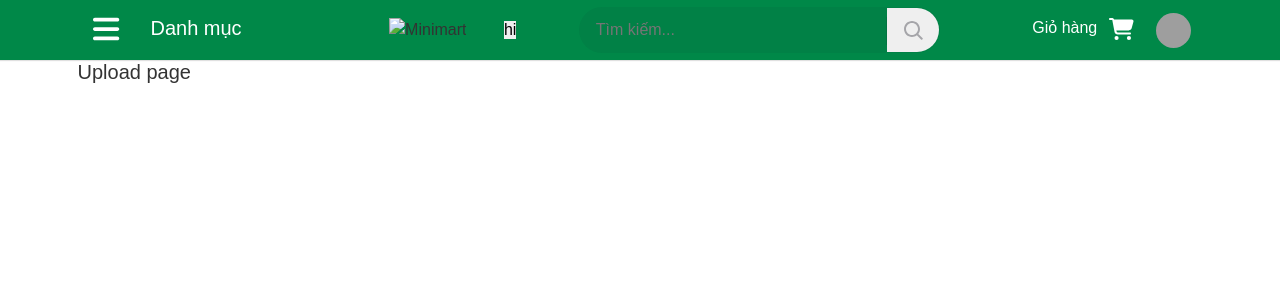
Repository: Duytan05/tiktok-ui
Page: /upload
An editor plug-in stored every save of this project. The page is shown before and after the next save, followed by the edit.
The browser window is 1280 px wide. The pictures show the whole page.
Pictures or frames that could not be fetched are drawn as grey boxes. Some web fonts or font styles are not loaded; a fallback is used. The project was rebuilt for these pictures with package versions that can differ from the ones it lists, and the page was loaded fresh each time. Also part of the build but not shown: src/component/Button/Button.module.scss, src/component/Popper/Popper.module.scss, src/component/Popper/Menu/Menu.module.scss, src/component/Popper/Menu/Header.js, src/component/AccountItem/AccountItem.module.scss, src/component/AccountItem/index.js, src/component/Layout/components/Cart/CartItem.js, src/component/Layout/components/Container/Container.module.scss and 16 more.

Above is the page before, as saved 2023-05-23 14:19:06.

### public/index.html
<!DOCTYPE html>

<html lang="en">
    <head>
        <link rel="stylesheet" href="https://cdn.jsdelivr.net/npm/bootstrap@5.3.0-alpha1/dist/css/bootstrap.min.css" />
        <meta charset="utf-8" />
        <link rel="icon" href="%PUBLIC_URL%/favicon.ico" />
        <meta name="viewport" content="width=device-width, initial-scale=1" />
        <meta name="theme-color" content="#000000" />
        <meta name="description" content="Web site created using create-react-app" />
        <link rel="apple-touch-icon" href="%PUBLIC_URL%/logo192.png" />

        <!--
      manifest.json provides metadata used when your web app is installed on a
      user's mobile device or desktop. See https://developers.google.com/web/fundamentals/web-app-manifest/
    -->
        <link rel="manifest" href="%PUBLIC_URL%/manifest.json" />

        <!--
      Notice the use of %PUBLIC_URL% in the tags above.
      It will be replaced with the URL of the `public` folder during the build.
      Only files inside the `public` folder can be referenced from the HTML.

      Unlike "/favicon.ico" or "favicon.ico", "%PUBLIC_URL%/favicon.ico" will
      work correctly both with client-side routing and a non-root public URL.
      Learn how to configure a non-root public URL by running `npm run build`.
    -->
        <title>React App</title>
    </head>

    <body>
        <script
            src="https://cdn.jsdelivr.net/npm/bootstrap@5.3.0-alpha1/dist/js/bootstrap.bundle.min.js"
            integrity="sha384-w76AqPfDkMBDXo30jS1Sgez6pr3x5MlQ1ZAGC+nuZB+EYdgRZgiwxhTBTkF7CXvN"
            crossorigin="anonymous"
        ></script>
        <noscript>You need to enable JavaScript to run this app.</noscript>
        <div id="root"></div>
        <!--
      This HTML file is a template.
      If you open it directly in the browser, you will see an empty page.

      You can add webfonts, meta tags, or analytics to this file.
      The build step will place the bundled scripts into the <body> tag.

      To begin the development, run `npm start` or `yarn start`.
      To create a production bundle, use `npm run build` or `yarn build`.
    --></body>
</html>

### src/index.js
import React from 'react';

import ReactDOM from 'react-dom/client';
import App from '~/App';
import reportWebVitals from './reportWebVitals';
import GlobalStyle from '~/component/GlobalStyles';
const root = ReactDOM.createRoot(document.getElementById('root'));
root.render(
    <React.StrictMode>
        <GlobalStyle>
            <App />
        </GlobalStyle>
    </React.StrictMode>,
);

// If you want to start measuring performance in your app, pass a function
// to log results (for example: reportWebVitals(console.log))
// or send to an analytics endpoint. Learn more: https://bit.ly/CRA-vitals
reportWebVitals();

### src/App.js
import { Fragment } from 'react';
import { BrowserRouter as Router, Routes, Route } from 'react-router-dom';
import { publicRoutes } from '~/routers';
import { DefaultLayout } from './component/Layout';
import '../node_modules/bootstrap/dist/css/bootstrap.min.css';
import { CartProvider } from 'react-use-cart';
function App() {
    return (
        <CartProvider>
            <Router>
                <div className="App">
                    <Routes>
                        {publicRoutes.map((route, index) => {
                            const Page = route.component;
                            let Layout = DefaultLayout;
                            if (route.layout) {
                                Layout = route.layout;
                            } else if (route.layout === null) {
                                Layout = Fragment;
                            }
                            return (
                                <Route
                                    key={index}
                                    path={route.path}
                                    element={
                                        <Layout>
                                            <Page />
                                        </Layout>
                                    }
                                />
                            );
                        })}
                    </Routes>
                </div>
            </Router>
        </CartProvider>
    );
}
export default App;

### src/component/GlobalStyles/index.js
import './GlobalStyles.scss';
function GlobalStyle({ children }) {
    return children;
}
export default GlobalStyle;

### src/routers/index.js
//layouts
import { HeaderOnly } from '~/component/Layout';

//pages
import Home from '~/pages/Home';
import Following from '~/pages/Following';
import Profile from '~/pages/Profile';
import Upload from '~/pages/Upload';
import Search from '~/pages/Search';
import Cart from '~/pages/Cart/Cart';

//Public routes
const publicRoutes = [
    { path: '/', component: Home },
    { path: '/folowing', component: Following },
    { path: '/@:nickname', component: Profile },
    { path: '/cart', component: Cart },
    { path: '/upload', component: Upload, layout: HeaderOnly },
    { path: '/search', component: Search, layout: null },
];

const priviteRoutes = [];

export { priviteRoutes, publicRoutes };

### src/component/GlobalStyles/GlobalStyles.scss
@import 'normalize.css';

:root {
    --primary: #fe2c55;
    --black: #000;
    --text-color: #333;
    --white: #fff;
    //Default layout
    --default-layout-header-height: 60px;
    --default-layout-width: 1150px;
    --default-layout-horizontal-spacer: 24px;
}
* {
    margin: 0;
    padding: 0;
    box-sizing: border-box;
}
html {
    font-size: 62.5%;
}
body {
    font-family: 'ProximaNova', sans-serif;
    font-size: 1.6rem;
    line-height: 1.5;
    text-rendering: optimizeSpeed;
    color: var(--text-color);
}
button,
input,
[tabindex] {
    outline: none;
    border: none;
}
a[href] {
    color: var(--text-color);
    text-decoration: none;
}
//Fonst embeded
@font-face {
    font-family: ProximaNova;
    src: url('/assets/fonts/Proxima-Nova-Regular.woff2');
    font-weight: 400;
}
@font-face {
    font-family: ProximaNova;
    src: url('/assets/fonts/Proxima-Nova-Semibold.woff2');
    font-weight: 600;
}
@font-face {
    font-family: ProximaNova;
    src: url('/assets/fonts/Proxima-Nova-Bold.woff');
    font-weight: 700;
}
@font-face {
    font-family: SofiaPro;
    src: url('/assets/fonts/sofiapro-bold.woff2');
    font-weight: 700;
}

//custom tippy tooltip
body {
    .tippy-box {
        border-radius: 8px;
        font-weight: 600;
        font-size: 1.6rem;
        line-height: 2.2rem;
        background-color: rgba(84, 84, 84, 0.92);
    }
    .tippy-content {
        padding: 8px 9px;
    }
    .tippy-arrow {
        color: rgba(84, 84, 84, 0.92);
    }
    .tippy-box[data-placement^='bottom'] > .tippy-arrow:before {
        top: -8px;
    }
}

### src/pages/Upload/index.js
function Upload() {
    return <h2>Upload page </h2>;
}
export default Upload;

### src/component/Layout/HeaderOnly/index.js
import Header from '~/component/Layout/components/Header';

function HeaderOnly({ children }) {
    return (
        <div>
            <Header />
            <div className="container">
                <div className="content">{children}</div>
            </div>
        </div>
    );
}

export default HeaderOnly;

### src/component/Layout/components/Header/index.js
import classNames from 'classnames/bind';
import { FontAwesomeIcon } from '@fortawesome/react-fontawesome';
import {
    faBars,
    faCartShopping,
    faCircleQuestion,
    faCloudUpload,
    faCoins,
    faEarthAsia,
    faEllipsisVertical,
    faGear,
    faKeyboard,
    faShoppingCart,
    faSignOut,
    faUser,
} from '@fortawesome/free-solid-svg-icons';
import Tippy from '@tippyjs/react';
import 'tippy.js/dist/tippy.css';
import Button from '~/component/Button';
import styles from './Header.module.scss';
import images from '~/assets/images';
import Menu from '~/component/Popper/Menu';
import { MessengerIcon, InboxIcon } from '~/component/icons';
import Image from '~/component/Images';
import Search from '../Search';
import Cart from '~/pages/Cart/Cart';
const cx = classNames.bind(styles);

const MENU_ITEMS = [
    {
        // icon: <FontAwesomeIcon icon={faEarthAsia} />,
        title: 'English',
        children: {
            title: 'language',
            data: [
                {
                    type: 'language',
                    code: 'en',
                    title: 'English',
                },
                {
                    type: 'language',
                    code: 'vi',
                    title: 'Tiếng Việt',
                },
            ],
        },
        separate: true,
    },
    {
        // icon: <FontAwesomeIcon icon={faCircleQuestion} />,
        title: 'GẠO, BỘT, ĐỒ KHÔ GẠO',
        children: {
            title: 'Gạo, bột, đồ khô',
            data: [
                {
                    type: 'Gạo, bột, đồ khô',
                    title: 'Gạo các loại',
                },
                {
                    type: 'Gạo, bột, đồ khô',
                    title: 'Bột các loại',
                },
                {
                    type: 'Gạo, bột, đồ khô',
                    title: 'Xúc xính, lạp xưởng',
                },
            ],
        },
        separate: true,
    },
    {
        // icon: <FontAwesomeIcon icon={faKeyboard} />,
        title: 'MÌ, MIẾN, CHÁO, PHỞ',
        children: {
            title: 'loại',
            data: [
                {
                    type: 'loại',
                    code: 'en',
                    title: 'Mì ăn liền',
                },
                {
                    type: 'loại',
                    code: 'vi',
                    title: 'Hủ tiếu, miến',
                },
            ],
        },
        separate: true,
    },
    {
        // icon: <FontAwesomeIcon icon={faCircleQuestion} />,
        title: 'BIA, NƯỚC GIẢI KHÁT',
        separate: true,
    },
    {
        // icon: <FontAwesomeIcon icon={faKeyboard} />,
        title: 'SỮA CÁC LOẠI',
        separate: true,
    },
    {
        // icon: <FontAwesomeIcon icon={faCircleQuestion} />,
        title: 'BÁNH KEM CÁC LOẠI',
        separate: true,
    },
    {
        // icon: <FontAwesomeIcon icon={faKeyboard} />,
        title: 'CHĂM SÓC CÁ NHÂN',
        separate: true,
    },
    {
        // icon: <FontAwesomeIcon icon={faKeyboard} />,
        title: 'SỮA CÁC LOẠI',
        separate: true,
    },
    {
        // icon: <FontAwesomeIcon icon={faCircleQuestion} />,
        title: 'SẢN PHẨM CHO MẸ VÀ BÉ',
        separate: true,
    },
    {
        // icon: <FontAwesomeIcon icon={faKeyboard} />,
        title: 'VỆ SINH NHÀ CỬA ',
        separate: true,
    },
    {
        // icon: <FontAwesomeIcon icon={faKeyboard} />,
        title: 'ĐỒ DÙNG GIA ĐÌNH',
        separate: true,
    },
    {
        // icon: <FontAwesomeIcon icon={faCircleQuestion} />,
        title: 'CHĂM SÓC THÚ CƯNG',
        separate: true,
    },
];
function Header() {
    const currentUser = true;

    //handle logic
    const handleMenuChange = (menuItem) => {
        switch (menuItem.type) {
            case 'language':
                // handle change language
                break;
            default:
        }
    };
    const userMenu = [
        {
            // icon: <FontAwesomeIcon icon={faKeyboard} />,
            title: 'THỊT, CÁ, TRỨNG HẢI SẢN',
            children: {
                title: 'loại',
                data: [
                    {
                        type: 'loại',
                        code: 'en',
                        title: 'Thịt các loại',
                    },
                    {
                        type: 'loại',
                        code: 'vi',
                        title: 'Cá hải sản',
                    },
                ],
            },
            separate: true,
        },
        {
            // icon: <FontAwesomeIcon icon={faCoins} />,
            title: 'RAU, CỦ, NẤM, TRÁI CÂY ',
            separate: true,
        },
        {
            // icon: <FontAwesomeIcon icon={faGear} />,
            title: 'DẦU ĂN, GIA VỊ',
            separate: true,
        },
        {
            // icon: <FontAwesomeIcon icon={faSignOut} />,
            title: 'KEM, THỰC PHẨM ĐÔNG ',
            separate: true,
        },
        ...MENU_ITEMS,
    ];
    return (
        <header className={cx('wrapper')}>
            <div className={cx('inner')}>
                <div>
                    <Menu items={currentUser ? userMenu : MENU_ITEMS} onChange={handleMenuChange}>
                        {currentUser ? (
                            <div className={cx('category')}>
                                <FontAwesomeIcon icon={faBars} />
                            </div>
                        ) : (
                            <button className={cx('more-btn')}>
                                {/* <FontAwesomeIcon icon={faEllipsisVertical} /> */}
                            </button>
                        )}
                    </Menu>
                </div>
                <div className={cx('font')}>
                    <h2>Danh mục</h2>
                </div>

                <div className={cx('logo')}>
                    <img src={images.logo} alt="Minimart" />
                </div>
                <div className={cx('map')}>
                    <button>hi</button>
                </div>
                <Search />

                <div className={cx('actions')}>
                    {currentUser ? (
                        <>
                            <h2 className={cx('cart')}> Giỏ hàng</h2>
                            <Tippy delay={[0, 200]} content="Không có sản phẩm nào ">
                                <button className={cx('action-btn')}>
                                    <FontAwesomeIcon icon={faCartShopping} />
                                </button>
                            </Tippy>
                            {/* <Tippy delay={[0, 200]} content="Messenger">
                                <button className={cx('action-btn')}>
                                    <MessengerIcon />
                                </button>
                            </Tippy>
                            <Tippy delay={[0, 200]} content="Inbox">
                                <button className={cx('action-btn')}>
                                    <InboxIcon />
                                </button>
                            </Tippy> */}
                        </>
                    ) : (
                        <>
                            <Button text>Upload</Button>
                            <Button outline>Log in</Button>
                        </>
                    )}
                    <Menu items={currentUser ? userMenu : MENU_ITEMS} onChange={handleMenuChange}>
                        {currentUser ? (
                            <Image
                                className={cx('user-avatar')}
                                src="https://scontent.fdad3-6.fna.fbcdn.net/v/t1.6435-1/150974224_952087568662287_5984013307778399862_n.jpg?stp=dst-jpg_p240x240&_nc_cat=104&ccb=1-7&_nc_sid=7206a8&_nc_ohc=u4lMAaiw6TAAX-odUgu&_nc_ht=scontent.fdad3-6.fna&oh=00_AfBUJRRRC8g_SBR02wp9-YY0TuGQzrEHaPRoPmDXD2u9qA&oe=6436BB5B"
                                alt="Nguyen Duy Tan"
                                fallback="https://scontent.fdad3-6.fna.fbcdn.net/v/t39.30808-6/311334752_809752306938632_8892506977697071182_n.jpg?_nc_cat=109&ccb=1-7&_nc_sid=09cbfe&_nc_ohc=c5j96XV44O4AX97p_ca&_nc_ht=scontent.fdad3-6.fna&oh=00_AfD0DEI9bPBowkqAfO6cPP2YKK8KH7ifb-G1q4WDXZXlOw&oe=6415753F"
                            />
                        ) : (
                            <button className={cx('more-btn')}>
                                <FontAwesomeIcon icon={faEllipsisVertical} />
                            </button>
                        )}
                    </Menu>
                </div>
            </div>
        </header>
    );
}
export default Header;

### src/component/Button/index.js
import classNames from 'classnames/bind';
import { Link } from 'react-router-dom';
import styles from './Button.module.scss';

const cx = classNames.bind(styles);

function Button({
    to,
    href,
    primary = false,
    outline = false,
    text = false,
    disabled,
    rounded = false,
    small = false,
    large = false,
    children,
    className,
    leftIcon,
    rightIcon,
    onClick,
    ...passProps
}) {
    let Comp = 'button';

    const props = {
        onClick,
        ...passProps,
    };
    //remove event listener when btn is disabled
    if (disabled) {
        Object.keys(props).forEach((key) => {
            if (key.startsWith('on') && typeof props[key] === 'function') {
                delete props[key];
            }
        });
    }
    if (to) {
        props.to = to;
        Comp = Link;
    } else if (href) {
        props.href = href;
        Comp = 'a';
    }
    const classes = cx('wrapper', {
        [className]: className,
        primary,
        outline,
        text,
        rounded,
        small,
        disabled,
        large,
    });
    return (
        <Comp className={classes} {...props}>
            {leftIcon && <span className={cx('icon')}>{leftIcon}</span>}
            <span className={cx('title')}>{children}</span>
            {rightIcon && <span className={cx('icon')}>{rightIcon}</span>}
        </Comp>
    );
}

export default Button;

### src/component/Layout/components/Header/Header.module.scss
.wrapper {
    --search-border-radius: 92px;
    --search-height: 46px;
    --search-top-spacer: 9px;
    --search-buttom-width: 52px;
    width: 100%;
    height: var(--default-layout-header-height, 60px);
    box-shadow: 0px 1px 1px rgb(0 0 0/ 12%);
    display: flex;
    justify-content: center;
    background-color: #008848;
}

.inner {
    height: 100%;
    width: var(--default-layout-width);
    padding: 0 var(--default-layout-horizontal-spacer);
    display: flex;
    align-items: center;
    justify-content: space-between;
}

.custom-login {
    color: red;
}
//actions
.actions {
    display: flex;
    align-items: center;
}
.more-btn {
    font-size: 2rem;
    margin-left: 28px;
    padding: 4px 8px;
    background-color: transparent;
    cursor: pointer;
}
.action-btn {
    font-size: 2.2rem;
    color: white;
    background-color: transparent;
    padding: 4px 12px;
    cursor: pointer;
}
.user-avatar {
    width: 35px;
    height: 35px;
    object-fit: cover;
    border-radius: 50%;
    margin-left: 10px;
    cursor: pointer;
}
.category {
    width: 45px;
    height: 45px;
    font-size: 30px;
    align-items: center;
    color: white;
    margin-left: 4px;
    cursor: pointer;
}
.font {
    margin-right: 40px;
    font-size: 16px;
    color: white;
}
.logo {
    margin-left: 95px;
    // margin-right: 60px;
}
.map {
    margin-left: 25px;
    margin-right: 50px;
}
.cart {
    font-size: 16px;
    color: white;
    background-color: transparent;
    margin-left: 80px;
}

### src/assets/images/index.js
const images = {
    logo: require('~/assets/images/logo.webp').default,
    noImage: require('~/assets/images/no-image.png'),
};

export default images;

### src/component/Popper/Menu/index.js
import classNames from 'classnames/bind';
import Tippy from '@tippyjs/react/headless';

import { Wrapper as PopperWrapper } from '~/component/Popper';
import styles from './Menu.module.scss';
// import Header from './Header';
import MenuItem from './MenuItem';
import { useState } from 'react';
import Header from './Header';

const cx = classNames.bind(styles);

const defaultfn = () => {};

function Menu({ children, items = [], onChange = defaultfn }) {
    const [history, setHistory] = useState([{ data: items }]);
    const current = history[history.length - 1];

    const renderItems = () => {
        return current.data.map((item, index) => {
            const isParent = !!item.children;
            return (
                <MenuItem
                    key={index}
                    data={item}
                    onClick={() => {
                        if (isParent) {
                            setHistory((prev) => [...prev, item.children]);
                        } else {
                            onChange(item);
                        }
                    }}
                />
            );
        });
    };
    return (
        <Tippy
            interactive
            placement="bottom-start"
            delay={[0, 5000]}
            offset={[0, 0]}
            render={(attrs) => (
                <div className={cx('menu-list')} tabIndex="-1" {...attrs}>
                    <PopperWrapper className={cx('menu-popper')}>
                        {history.length > 1 && (
                            <Header
                                title="Types"
                                onBack={() => {
                                    setHistory((prev) => prev.slice(0, prev.length - 1));
                                }}
                            />
                        )}

                        {renderItems()}
                    </PopperWrapper>
                </div>
            )}
            // set lại giá trị như ban đầu
            onHide={() => setHistory((prev) => prev.slice(0, 1))}
        >
            {children}
        </Tippy>
    );
}

export default Menu;

### src/component/Images/index.js
import classNames from 'classnames';
import { forwardRef, useState } from 'react';
import images from '~/assets/images';
import Styles from './Image.module.scss';
const Image = forwardRef(({ src, alt, className, fallback: customFallback = images.noImage, ...props }, ref) => {
    const [fallback, setFallback] = useState('');

    const handleError = () => {
        setFallback(images.noImage);
    };
    return (
        <img
            className={classNames(Styles.wrapper, className)}
            ref={ref}
            src={fallback || src}
            alt={alt}
            {...props}
            onError={handleError}
        />
    );
});

export default Image;

### src/component/Popper/Menu/MenuItem.js
import classNames from 'classnames/bind';
import Button from '~/component/Button';
import styles from './Menu.module.scss';

const cx = classNames.bind(styles);

function MenuItem({ data, onClick }) {
    const classes = cx('menu-item', {
        separate: data.separate,
    });
    return (
        <Button className={classes} leftIcon={data.icon} to={data.to} onClick={onClick}>
            {' '}
            {data.title}
        </Button>
    );
}
export default MenuItem;

### src/utills/request.js
import axios from 'axios';

const request = axios.create({
    baseURL: 'https://tiktok.fullstack.edu.vn/api/',
});

export const get = async (path, options = {}) => {
    const response = await request.get();
    return response.data;
};
export default request;

### src/component/Layout/components/Search/Search.module.scss
.search,
.search-result {
    width: 361px;
}
.search {
    position: relative;
    height: var(--search-height);
    padding-left: 16px;
    display: flex;
    background-color: rgb(22, 25, 35, 0.06);
    // cho hình nó cong , tròn lại xíu hhaa
    border-radius: var(--search-border-radius);
    border: 1.5px solid transparent;

    input {
        flex: 1;
        height: 100%;
        color: var(--black);
        font-size: 1.6rem;
        // màu con nháy chuột
        caret-color: var(--primary);
        background-color: transparent;
    }
    input:not(:placeholder-shown) ~ .search-btn {
        color: rgba(22, 24, 35, 0.75);
    }
    &::after {
        content: '';
        position: absolute;
        top: var(--search-top-spacer);
        right: var(--search-buttom-width);
        height: calc(var(--search-height) - var(--search-top-spacer) * 2);
        width: 1px;
        background-color: rgba(22, 24, 35, 0.12);
    }
    &:focus-within {
        border-color: rgba(22, 24, 35, 0.2);
    }
}
.search-title {
    padding: 5px 12px;
    font-size: 1.4rem;
    font-weight: 600;
    color: rgba(22, 24, 35, 0.5);
}
.clear,
.loading {
    position: absolute;
    //căn giữa
    right: calc(var(--search-buttom-width) + 16px);
    top: 50%;
    transform: translateY(-50%);
    color: rgba(22, 24, 35, 0.34);
}
.loading {
    animation: spinner 2s linear infinite;
}

@keyframes spinner {
    from {
        transform: translateY(-50%) rotate(0);
    }
    to {
        transform: translateY(-50%) rotate(360deg);
    }
}
.search-btn {
    width: var(--search-buttom-width);
    height: 100%;
    border-top-right-radius: var(--search-border-radius);
    border-bottom-right-radius: var(--search-border-radius);
    font-size: 1.8rem;
    color: rgba(22, 24, 35, 0.34);
    &:hover {
        cursor: pointer;
        background-color: rgba(22, 24, 35, 0.03);
    }
    &:active {
        background-color: rgba(22, 24, 35, 0.06);
    }
}

### src/component/Popper/Wrapper.js
import classNames from 'classnames/bind';
import styles from './Popper.module.scss';

const cx = classNames.bind(styles);
function Wrapper({ children, className }) {
    return <div className={cx('wrapper', className)}>{children}</div>;
}

export default Wrapper;

### src/hooks/useDebounce.js
import { useState, useEffect } from 'react';

function useDebounce(value, delay) {
    const [debounceValue, setDebounceValue] = useState(value);

    useEffect(() => {
        const handler = setTimeout(() => setDebounceValue(value), delay);

        return () => clearTimeout(handler);
    }, [value]);

    return debounceValue;
}
export default useDebounce;

Loaded but not shown: src/reportWebVitals.js (common file); src/component/Layout/index.js (common file); src/component/Popper/index.js (common file); src/component/Images/Image.module.scss (common file); src/hooks/index.js (common file); src/component/Layout/components/Search/index.js (97 lines, source omitted); src/component/icons/index.js (52 lines, source omitted); src/component/Layout/components/Itemcart/itemcart.module.scss (no stored copy; drawn as an empty file)

After the next save:
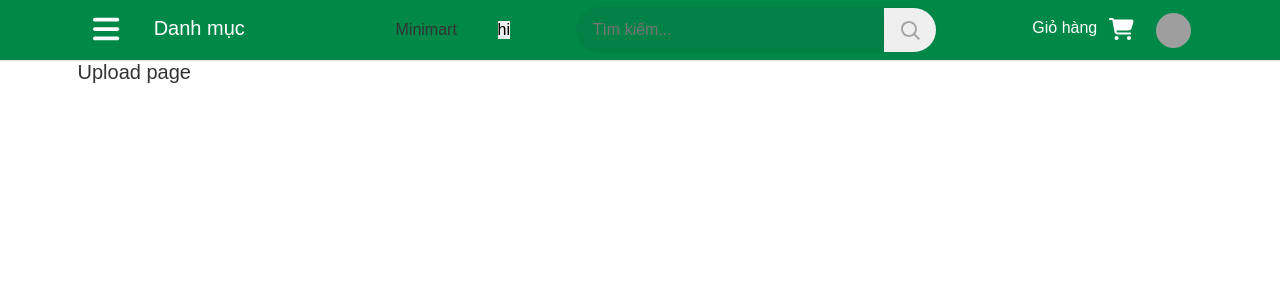
Saved 3 min 41 s later.
--- a/src/component/Layout/components/Header/index.js
+++ b/src/component/Layout/components/Header/index.js
@@ -206,7 +206,8 @@ function Header() {
                 </div>
 
                 <div className={cx('logo')}>
-                    <img src={images.logo} alt="Minimart" />
+                    Minimart
+                    {/* <img src={images.logo} alt="Minimart" /> */}
                 </div>
                 <div className={cx('map')}>
                     <button>hi</button>
